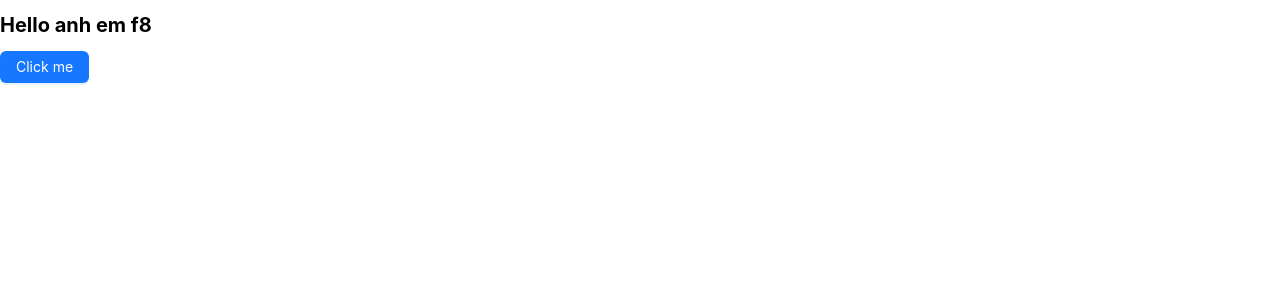
Repository: manhhieu120499/E-Commerce
Page: /
The author's editor kept a copy of each file at every save. The page is drawn from the files as they stood at one save, then again after the next save.
The browser window is 1280 px wide. The pictures show the whole page.
The project was rebuilt for these pictures with package versions that can differ from the ones it lists, and the page was loaded fresh each time.

Above is the page before, as saved 2024-12-31 12:59:53.

After the next save:
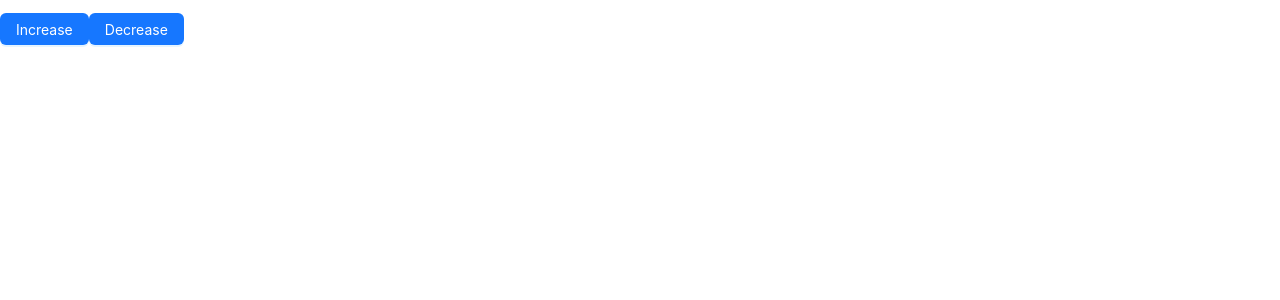
Saved 3 min 0 s later.
--- a/src/App.js
+++ b/src/App.js
@@ -1,9 +1,14 @@
 import { Button } from "antd";
+import { useSelector, useDispatch } from "react-redux";
+import { increase, decrease } from "./redux/slices/productSlice";
 function App() {
+  const { value } = useSelector((state) => state.product.value)
+  const dispatch = useDispatch();
   return (
     <div className="App">
-      <h1>Hello anh em f8</h1>
-      <Button type="primary">Click me</Button>
+      <h1>{value}</h1>
+      <Button type="primary" onClick={dispatch(increase)}>Increase</Button>
+      <Button type="primary" onClick={dispatch(decrease)}>Decrease</Button>
     </div>
   );
 }
